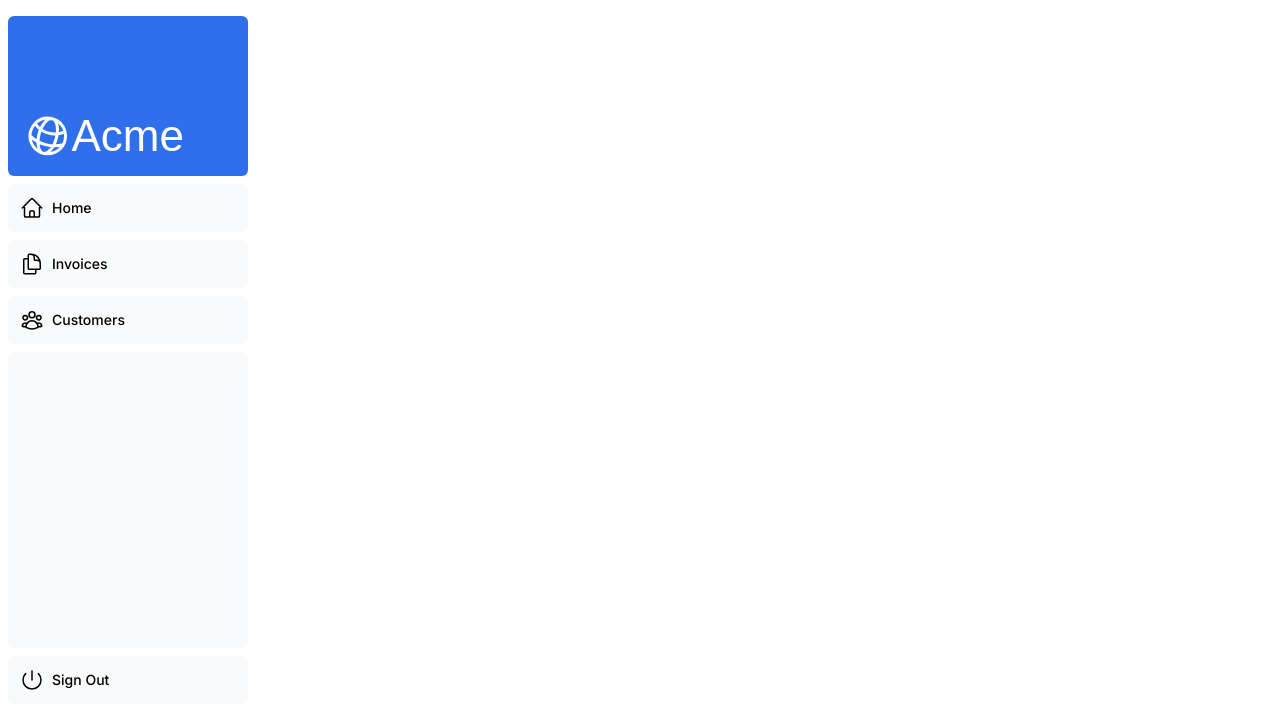
Repository: BhushanPatil-121/dashboard-nextjs
Page: /dashboard/invoices
These files come from the project's save history. The page is drawn as it stood at one moment and after a run of saves; the edit follows.
The browser window is 1280 px wide. The pictures show the whole page.
Some web fonts or font styles are not loaded; a fallback is used. The project was rebuilt for these pictures with package versions that can differ from the ones it lists, and the page was loaded fresh each time. The framework's server and built-in components were replaced by stand-ins that run in the browser. Also part of the build but not shown: next.config.js.

Above is the page before, as saved 2024-02-20 12:52:31.

After the next 2 saves:
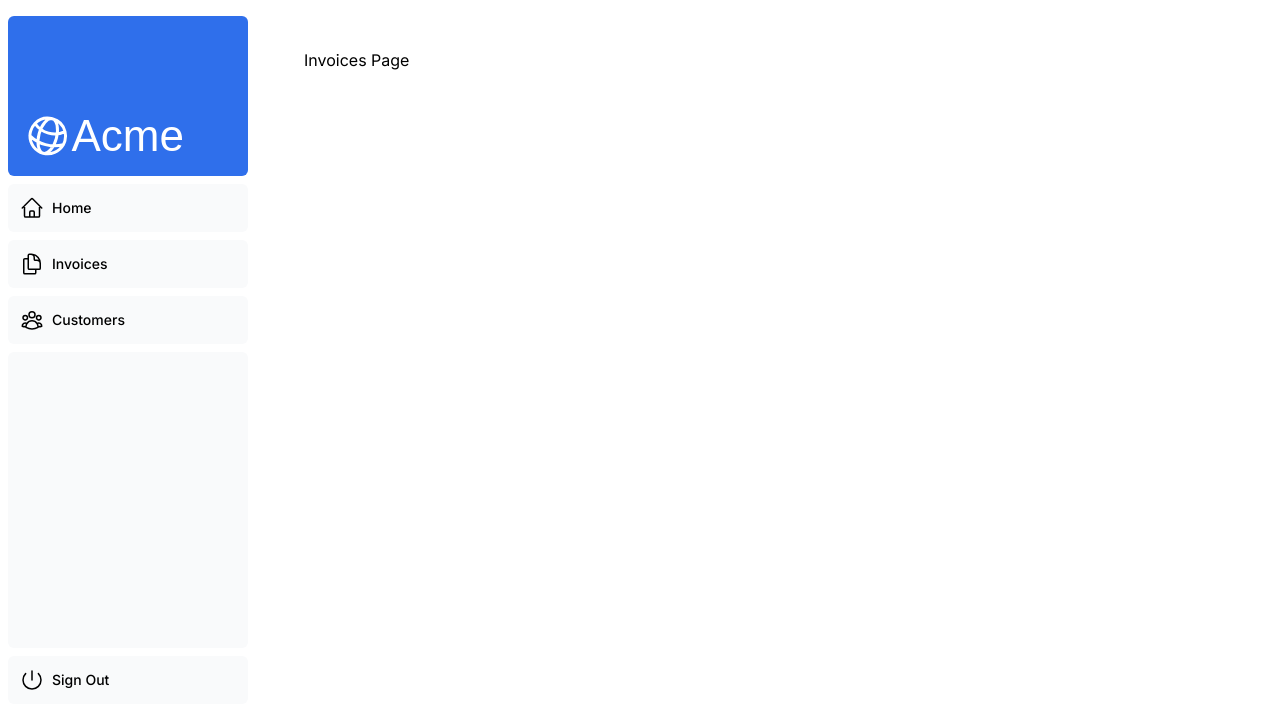
The 2 saves are shown as one change because they came seconds apart.
The last was saved 8 s later.
--- a/app/dashboard/layout.tsx
+++ b/app/dashboard/layout.tsx
@@ -5,7 +5,7 @@ export default function Layout({children}:{children: React.ReactNode}) {
         <div className="w-full flex-non md:w-64">
             <SideNav />
         </div>
-        <div className="flex-grow p-6 md:overflow-y-auto md:p-12"></div>
+        <div className="flex-grow p-6 md:overflow-y-auto md:p-12">{children}</div>
     </div>
   )
 }
